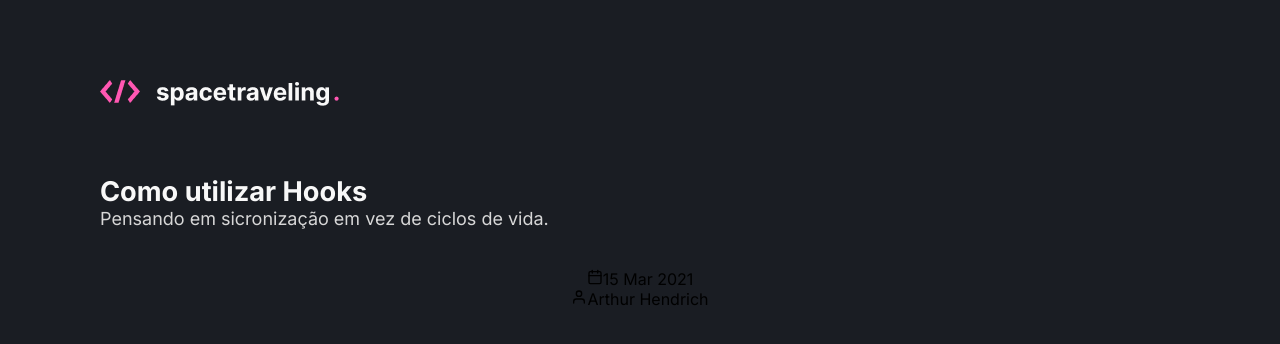
Repository: ArthurHendrich/Ignite-NextJS
Page: /
An editor plug-in stored every save of this project. The page is shown before and after the next save, followed by the edit.
The browser window is 1280 px wide. The pictures show the whole page.
The project was rebuilt for these pictures with package versions that can differ from the ones it lists, and the page was loaded fresh each time. The framework's server and built-in components were replaced by stand-ins that run in the browser.

Above is the page before, as saved 2022-07-09 15:41:45.

### src/pages/_document.tsx
import Document, { Head, Html, Main, NextScript } from 'next/document';

export default class MyDocument extends Document {
  render() {
    return (
      <Html>
        <Head>
          <link rel="preconnect" href="https://fonts.googleapis.com" />
          <link href="https://fonts.googleapis.com/css2?family=Inter:wght@400;600;700&display=swap" rel="stylesheet" />
        </Head>
        <body>
          <Main />
          <NextScript />
        </body>
      </Html>
    );
  }
}

### src/pages/index.tsx
import { GetStaticProps } from 'next';

import { getPrismicClient } from '../services/prismic';

import commonStyles from '../styles/common.module.scss';
import styles from './home.module.scss';
import { FiCalendar, FiUser } from 'react-icons/fi';

interface Post {
  uid?: string;
  first_publication_date: string | null;
  data: {
    title: string;
    subtitle: string;
    author: string;
  };
}

interface PostPagination {
  next_page: string;
  results: Post[];
}

interface HomeProps {
  postsPagination: PostPagination;
}

export default function Home() {
  return (
    <main className={commonStyles.Container}>
      <div className={styles.Container}>
        <h1>Como utilizar Hooks</h1>
        <p>Pensando em sicronização em vez de ciclos de vida.</p>
        <div className={styles.ContentInfo}>
          <div className={styles.Date}>
            <FiCalendar />
            <span>15 Mar 2021</span>
          </div>
          <div className={styles.Author}>
            <FiUser />
            <span>Arthur Hendrich</span>
          </div>
        </div>
      </div>
    </main>
  );
}

// export const getStaticProps = async () => {
//   const prismic = getPrismicClient({});
//   const postsResponse = await prismic.getByType(TODO);

//   TODO
// };

### src/components/Header/index.tsx
import styles from './header.module.scss';

export default function Header() {
  return (
    <header className={styles.Container}>
        <img src="images/Logo.png" alt="logo"/>
    </header>
  )
}

### src/styles/globals.scss
* {
  box-sizing: border-box;
  margin: 0;
  padding: 0;
}

:root {
  --Highlight: #FF57B2;
  --Heading: #F8F8F8;
  --Background: #1A1D23;
  --Info: #BBBBBB;
  --Body: #D7D7D7;
}


@media (max-width: 1080px) {
  html {
    font-size: 93.75%;
  }
}

@media (max-width: 720px) {
  html {
    font-size: 87.5%;
  }
}

body{
  background: var(--Background);
}

body, input, textarea, select, button {
  font: 400 1rem 'Inter', sans-serif;
}

button {
  cursor: pointer;
}

a {
  color: inherit;
  text-decoration: none;
}

### src/styles/common.module.scss
.Container {
  max-width: 1080px;
  margin: 0 auto;
}

### src/pages/home.module.scss
.Container {
  margin-top: 4.0625rem;

  h1 {
    font-size: 1.7rem;
    color: var(--Heading);
  }

  p {
    font-size: 1.125rem;
    color: var(--Body);
  }

  .ContentInfo {
    display: flex;
    flex-direction: column;
    align-items: center;
    justify-content: center;
    margin-top: 2.5rem;
  }
}

### src/components/Header/header.module.scss
.Container {
  max-width: 1080px;
  margin: 0 auto;
  margin-top: 5rem;
}

Loaded but not shown: src/pages/_app.tsx (common file)

After the next save:
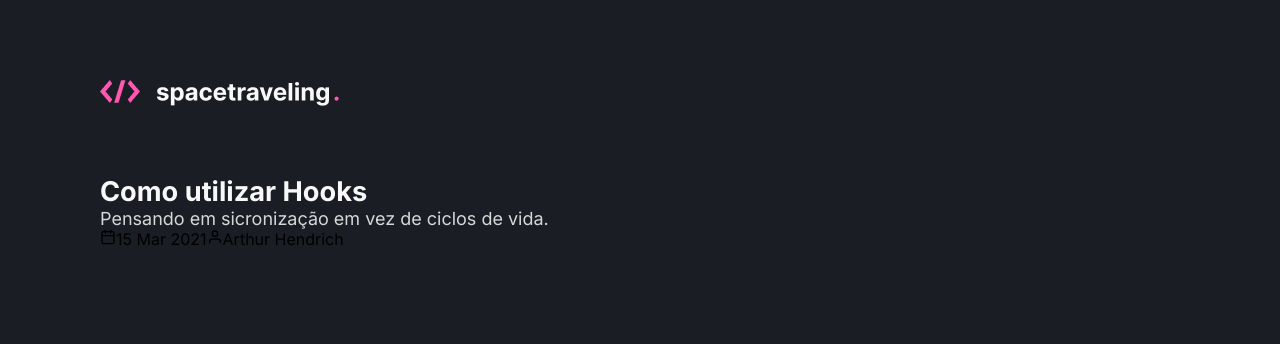
Saved 18 s later.
--- a/src/pages/home.module.scss
+++ b/src/pages/home.module.scss
@@ -13,9 +13,6 @@
 
   .ContentInfo {
     display: flex;
-    flex-direction: column;
     align-items: center;
-    justify-content: center;
-    margin-top: 2.5rem;
   }
 }
